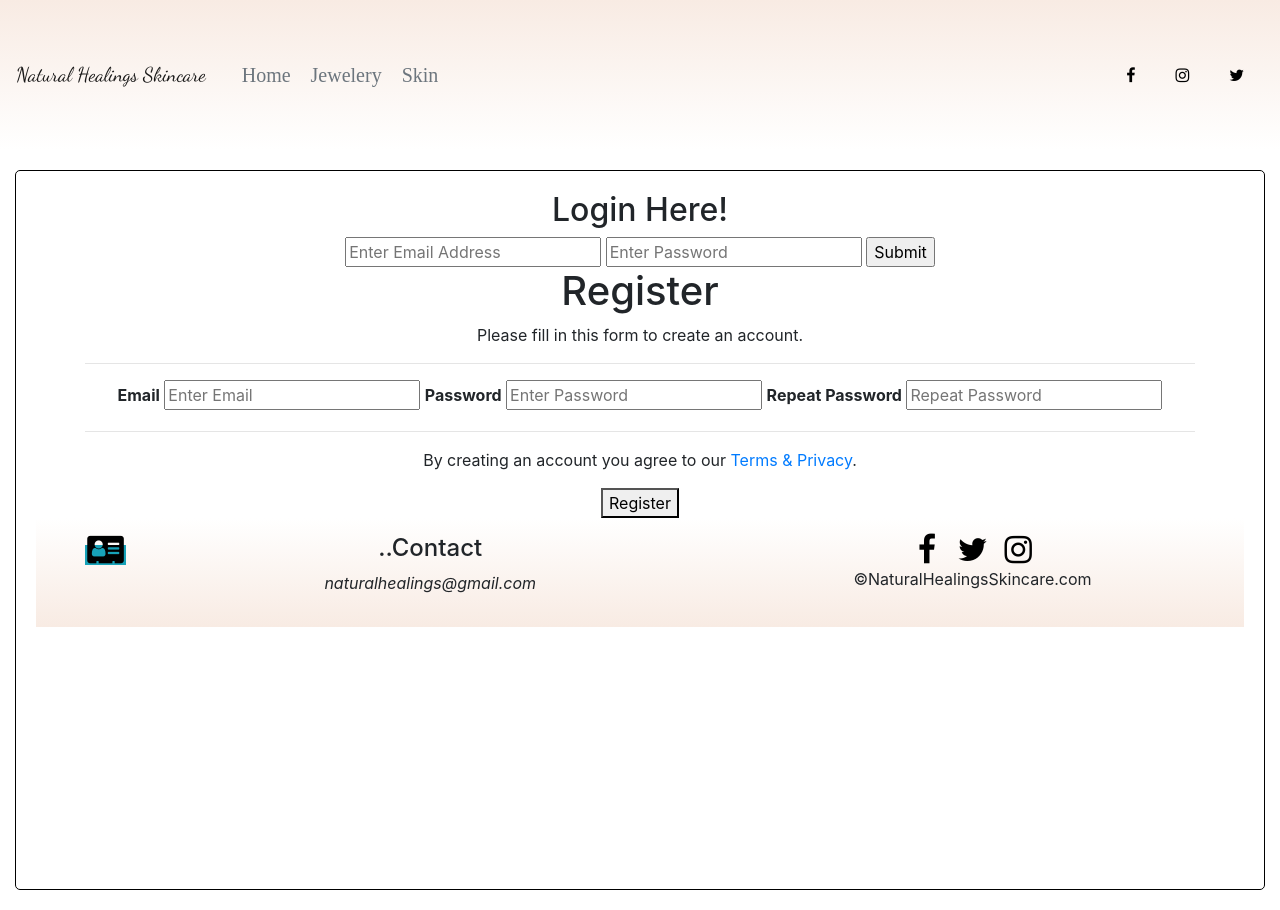
Repository: aliciarawlings/first-milestone
Page: login.html
The author's editor kept a record of every edit. The page is drawn from the files as they stood at one moment, then again after the next edit.
The browser window is 1280 px wide. The pictures show the whole page.
Some web fonts or font styles are not loaded; a fallback is used.

Above is the page before.

### login.html
<!DOCTYPE html>
<html lang="en">

<head>
  <meta charset="UTF-8">
  <meta name="viewport" content="width=device-width, initial-scale=1.0">
  <meta http-equiv="X-UA-Compatible" content="ie=edge">
  <link href="https://fonts.googleapis.com/css?family=Source+Serif+Pro&display=swap" rel="stylesheet">
  <link href="https://fonts.googleapis.com/css?family=Dancing+Script&display=swap" rel="stylesheet">
  <script src="https://code.jquery.com/jquery-3.3.1.slim.min.js" integrity="sha384-q8i/X+965DzO0rT7abK41JStQIAqVgRVzpbzo5smXKp4YfRvH+8abtTE1Pi6jizo" crossorigin="anonymous"></script>
  <script src="https://cdnjs.cloudflare.com/ajax/libs/popper.js/1.14.7/umd/popper.min.js" integrity="sha384-UO2eT0CpHqdSJQ6hJty5KVphtPhzWj9WO1clHTMGa3JDZwrnQq4sF86dIHNDz0W1" crossorigin="anonymous"></script>
  <script src="https://stackpath.bootstrapcdn.com/bootstrap/4.3.1/js/bootstrap.min.js" integrity="sha384-JjSmVgyd0p3pXB1rRibZUAYoIIy6OrQ6VrjIEaFf/nJGzIxFDsf4x0xIM+B07jRM" crossorigin="anonymous"></script>
  <link rel="stylesheet" href="assets/css/main.css" type="text/css" />
  <link rel="stylesheet" href="https://stackpath.bootstrapcdn.com/bootstrap/4.3.1/css/bootstrap.min.css" type="text/css" />
  <link rel="stylesheet" href="https://stackpath.bootstrapcdn.com/font-awesome/4.7.0/css/font-awesome.min.css" type="text/css" />
  <title>Login</title>

</head>

<body>
  <!-------------------------------NAVBAR--------------------------------------------------------->
                    <!----BOOTSTRAP-NAVBAR---->
  <nav class="navbar navbar-expand-sm navbar-light bg-light grad navfont">
    <div class="float-sm-right">
      <a class="navbar-brand heading" href="index.html">Natural Healings Skincare</a>
      <button class="navbar-toggler collapsed" type="button" data-toggle="collapse" data-target="#navbarNav" aria-controls="navbarNav" aria-expanded="false" aria-label="Toggle navigation">
      <span class="navbar-toggler-icon"></span>
    </button>
    </div>
    <div class="collapse navbar-collapse d-fixed-top-d-sm-block" id="navbarNav">
      <ul class="navbar-nav">
        <li class="nav-item">
          <a class="nav-brand text-muted" href="index.html">Home</a>
        </li>
        <li class="nav-item">
          <a class="nav-brand text-muted" href="jewelery.html">Jewelery</a>
        </li>
        <li class="nav-item">
          <a class="nav-brand text-muted" href="skincare.html">Skin </a>

        </li>
      </ul>
      <div class="container-fluid d-none d-sm-block d-none d-md-block">
        <div class="row">
          <div class="col">
          </div>
          <a class="fa fa-facebook social" href="https://www.facebook.com/NaturalHealingsSkincare/" target="_blank"></a>
          <i class="fa fa-instagram social "></i>
          <i class="fa fa-twitter social"></i>
        </div>
      </div>
  </nav>
  <div class="container-fluid">
    <!-------------------------------NAVBAR-END--------------------------------------------------------->





<!-------------------------------Login window--------------------------------------------------------->


    <div class="login form form2">

      <form>
        <h2>Login Here!</h2>
          <input type="email" name="usrname" placeholder="Enter Email Address" required>
          <input type="password" name="pssword" placeholder="Enter Password" required>
          <input type="submit">
      </form>

<form action="#">
  <div class="container">
    <h1>Register</h1>
    <p>Please fill in this form to create an account.</p>
    <hr>

    <label for="email"><b>Email</b></label>
    <input type="text" placeholder="Enter Email" name="email" required>

    <label for="psw"><b>Password</b></label>
    <input type="password" placeholder="Enter Password" name="psw" required>

    <label for="psw-repeat"><b>Repeat Password</b></label>
    <input type="password" placeholder="Repeat Password" name="psw-repeat" required>
    <hr>

    <p>By creating an account you agree to our <a href="https://www.termsandconditionsgenerator.com/live.php?token=SHeBNYLzfg2TS3RkcuW0MB6fBjvnlzeK" target="_blank">Terms & Privacy</a>.</p>
    <button type="submit" class="registerbtn">Register</button>
  </div>

</form>


















</body>
<!-------------------------------PRODUCT FORM END--------------------------------------------------------->


<!-------------------------------FOOTER--------------------------------------------------------->
                <!-----BOOTSTRAP-FOOTER--->

<footer>
  <div class="container-fluid bg-light py-3 grad2 footer ">
    <div class="container">
      <div class="row">
        <div class="col-md-7">
          <div class="row py-0">
            <div class="col-sm-1 hidden-md-down">
              <a class="bg-circle bg-info" href="#">
                <i class="fa fa-2x fa-fw fa-address-card" aria-hidden="true "style="color:black;"></i>
              </a>
            </div>
            <div class="col-sm-11">
              <div>
                <h4>..Contact</h4>
                <p><em>naturalhealings@gmail.com</em></p>
              </div>
            </div>
          </div>
        </div>
        <div class="col-md-5">
          <div class="d-inline-block">
            <div class="bg-circle-outline d-inline-block">
              <a href="https://www.facebook.com/NaturalHealingsSkincare/" target="_blank"><i class="fa fa-2x fa-fw fa-facebook" style="color:black;"></i>
		</a>
            </div>
            <div class="bg-circle-outline d-inline-block">
              <a href="https://twitter.com/"  target="_blank">
                <i class="fa fa-2x fa-fw fa-twitter"style="color:black;"></i></a>
            </div>

            <div class="bg-circle-outline d-inline-block">
              <a href="https://www.instagram.com/natural.healings.skincare/" target="_blank">
                <i class="fa fa-2x fa-fw fa-instagram" style="color:black;"></i></a>
            </div>
            <p>&copy;NaturalHealingsSkincare.com</p>

          </div>
        </div>
      </div>
    </div>
  </div>
  </div>


</footer>

<!-------------------------------FOOTER--------------------------------------------------------->






<link rel="stylesheet" href="https://stackpath.bootstrapcdn.com/font-awesome/4.7.0/css/font-awesome.min.css" type="text/css" />

</html>

### assets/css/main.css
/*--header+nav--*/

.bg-img {
  background: url("../images/mainlogo.png");
  min-height: 700px;
  background-position: center;
  background-repeat: no-repeat;
  background-size: cover;
  position: relative;
  background-attachment: initial;
  background-size: 100%;

}

.grad {
  height: 150px;
  background-image: linear-gradient(#f8ebe3, white);
}



.navfont li {
  font-size: 20px;
  color: black;
  padding-left: 20px;
  font-family: 'Crimson Text', serif;
}



.social {
  color: black;
  padding: 20px;


}


.social:hover {
  color: purple;
  text-decoration: none;
}





.heading {
  size: 60px;
  font-family: 'Dancing Script', cursive;
  color: #996515;

}


/*--------header and NAv End-------*/

/*--product-display--*/

.cards {
  text-align: center;
  box-shadow: 0px 2px 4px 0px rgba(0, 0, 0, 0.5);
  width: 100%;
   font-family: 'Crimson Text', serif;


}



.icon {
  position: fixed;
}



.card-title {
  height: 40px;

}


/*---------form PAges------*/

.form {
  width: 100%;
  height:auto;
  text-align: center;
  border: solid 1px black;
  margin: 20px 0;
  padding: 20px;
  display: inline-block;
  border-radius: 5px;


}

input[text] {
  width: auto;
  height: auto;
}

input[date] {
  width: auto;
  height: auto;
}

input[email] {
  width: auto;
  height: auto;
}


.submit {
  background-color:black;
  color:white;
  border:1px black solid;
  border-radius:25px;
}


/*----------LOGIN PAGE---------*/
.login {
  text-align:center;
}


/*-----media-query-------------------------*/



@media only screen and (min-width:768px){
  .form2{
    height:100vh;
  }
}




@media only screen and (min-width:1440px){
  .card:hover {

  filter: opacity(30%);
}


}




@media only screen and (max-width:420px) {
  .bg-img {
    min-height: 250px;
  }
}



@media only screen and (max-width:2560px) {
  .foot1 {
    position: fixed;
    left: 0;
    bottom: 0;

  }
}

@media only screen and (min-width:319px) {
  .foot1 {
    position: relative;
    left: 0;
    bottom: 0;
  }
}

/*------footer--------*/
.grad2 {
  background-image: linear-gradient(white, #f8ebe3);
}

After the next edit:
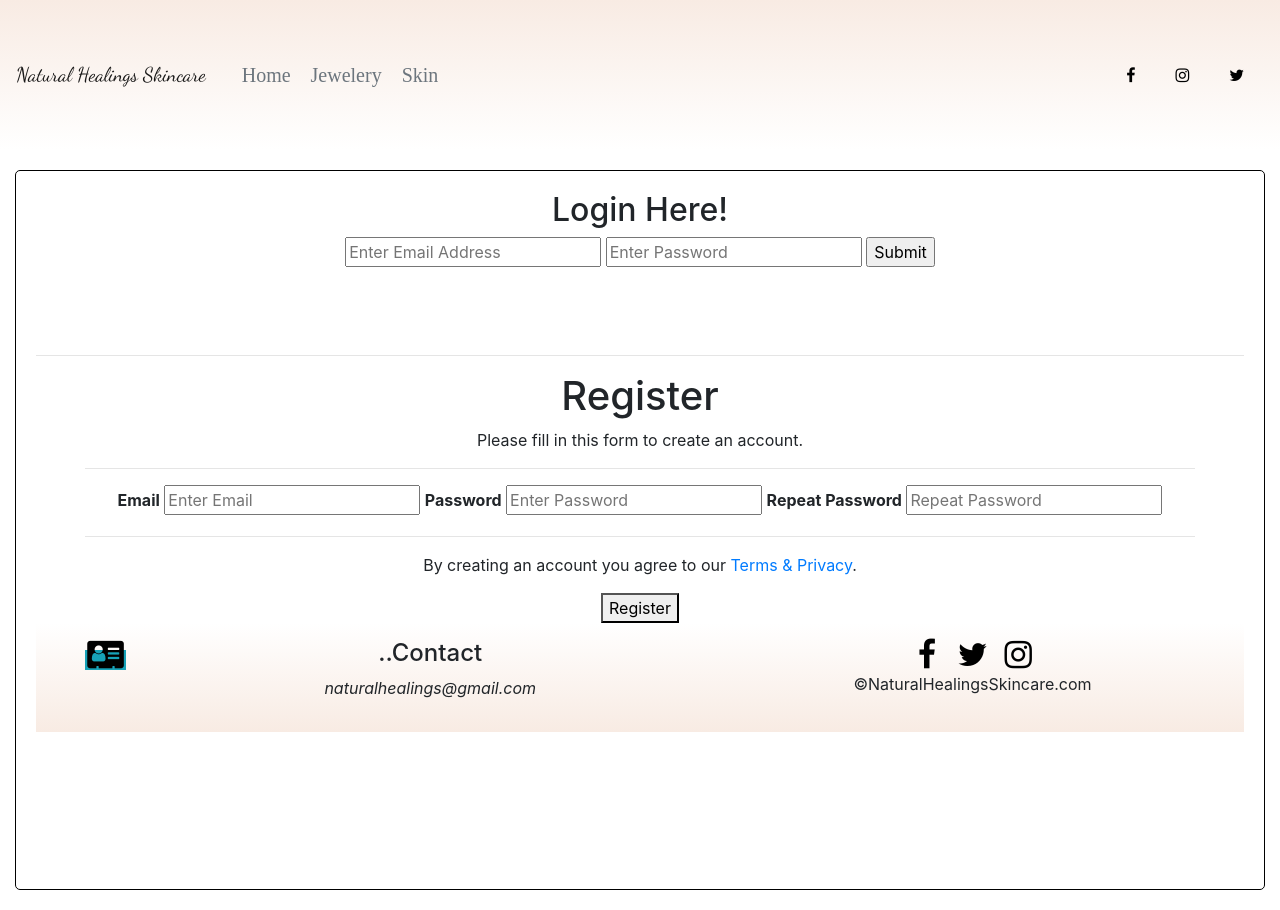
The edit:
--- a/login.html
+++ b/login.html
@@ -68,6 +68,11 @@
           <input type="password" name="pssword" placeholder="Enter Password" required>
           <input type="submit">
       </form>
+
+      <br>
+      <br>
+      <br>
+      <hr>
 
 <form action="#">
   <div class="container">
